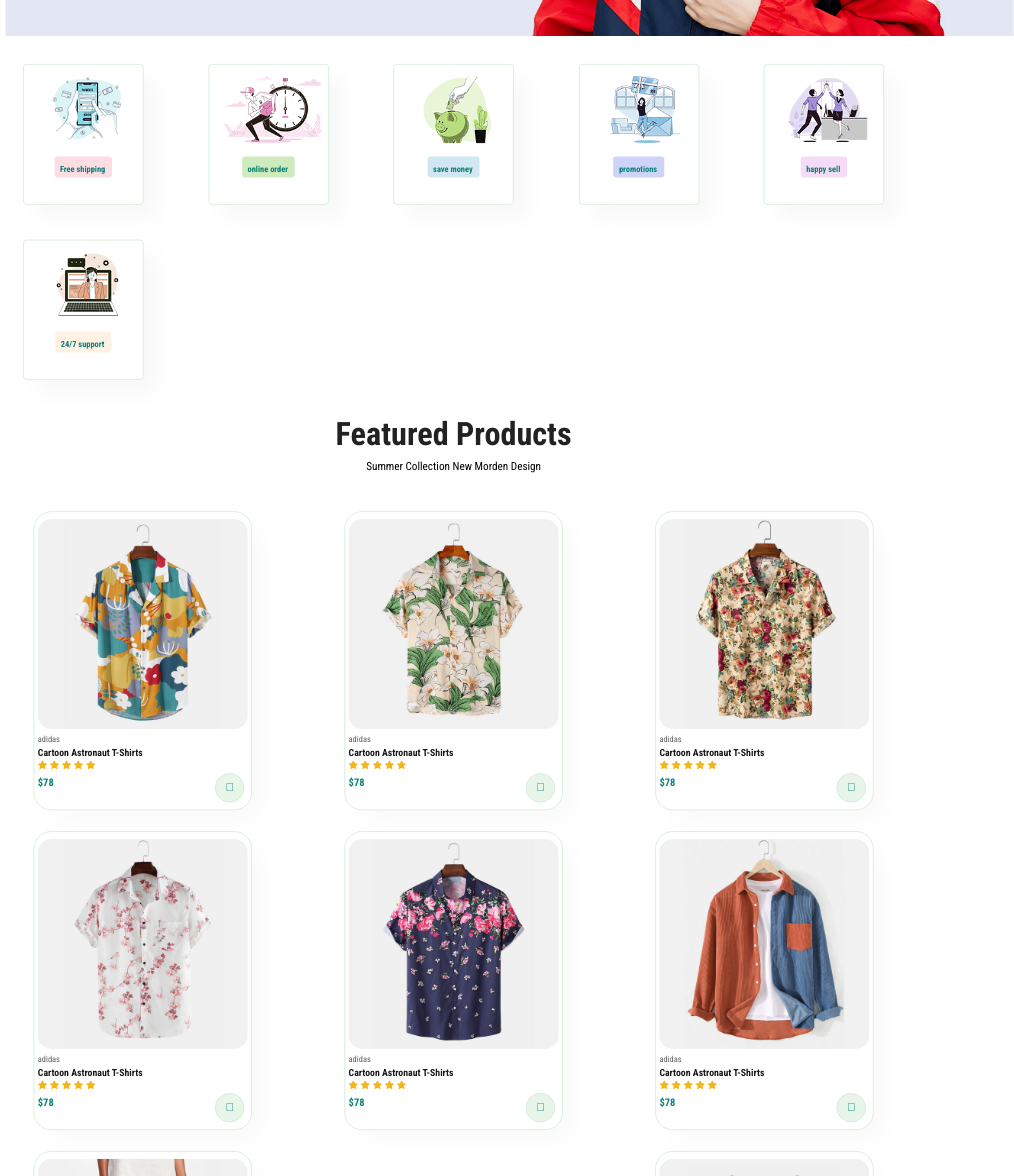
Repository: nhutduy-1905/web_coban
Page: src/index/index.html
The author's editor kept a copy of each file at every save. The page is drawn from the files as they stood at one save, then again after the next save.
The browser window is 1280 px wide. The page is 1448 px wide, so the pictures cover 1448 px, including what lies to the right of the window. The pictures show the part of the page from y = 689 to 2369 px (the page is 3777 px tall before and 3785 px after), at 70% of full size.

Above is the page before, as saved 2024-11-19 21:52:05.

### src/index/index.html
<!DOCTYPE html>
<html lang="en">
<!-- Khai báo định dạng tài liệu HTML và ngôn ngữ là tiếng Anh -->

<head>
    <meta charset="UTF-8">
    <!-- Thiết lập bộ ký tự của trang là UTF-8 -->
    <meta name="viewport" content="width=device-width, initial-scale=1.0">
    <!-- Điều chỉnh để trang hiển thị tốt trên mọi thiết bị, đặc biệt là thiết bị di động -->
    <link rel="stylesheet" href="../benefit/benefit.css">
    <link rel="stylesheet" href="../index/main.css">
    <link rel="stylesheet" href="../product/product.css">
    <link rel="stylesheet" href="../product/item.css">
    <link rel="preconnect" href="https://fonts.googleapis.com">
    <link rel="preconnect" href="https://fonts.gstatic.com" crossorigin>
     <!-- link sao -->
    <link rel="preconnect" href="https://fonts.googleapis.com">
<link rel="preconnect" href="https://fonts.gstatic.com" crossorigin>
<link href="https://fonts.googleapis.com/css2?family=Roboto+Condensed:ital,wght@0,100..900;1,100..900&family=Roboto:ital,wght@0,100;0,300;0,400;0,500;0,700;0,900;1,100;1,300;1,400;1,500;1,700;1,900&display=swap" rel="stylesheet">
     <link rel="stylesheet" href="product.css">
     <!-- link giỏ hàng -->
     <link rel="stylesheet" href="https://pro.fontawesome.com/releases/v5.15.4/css/all.css">
    <title>Super Value Deals</title>
    <!-- Tiêu đề của trang web hiển thị trên tab của trình duyệt -->
</head>

<body>

    <section id="header">
        <a href="#"><img src="../../images/logo.png" class="logo" alt="Logo"></a>
        <div>
            <div id="nvbar">
                <div class="active">Home</div>
                <div>Shop</div>
                <div>Blog</div>
                <div>About</div>
                <div>Contact</div>
                <div>
                    <img src = "../../shopping-bag.png" alt = "Logo" style="width: 25px";>
                </div>
            </div>
        </div>
    </section>
    <Section id ="hero">
        <h4>Trade-in-offer</h4>
        <h2>Super value deals</h2>
        <h1>On all Products</h1>
        <p>save more with coupons & up to 70% off!</p>
        <button>Shop now</button>
    </Section>


    <section id ="featured">
        <div class = "fe-box">
            <img  class = "magic-1"src = "../../images/features/f1.png" alt ="">
            <h6>Free shipping</h6>
        </div>
        <div class = "fe-box">
            <img src = "../../images/features/f2.png" alt ="">
            <h6>online order</h6>
        </div>
        <div class = "fe-box">
            <img src = "../../images/features/f3.png" alt ="">
            <h6>save money</h6>
        </div>
        <div class = "fe-box">
            <img src = "../../images/features/f4.png" alt ="">
            <h6>promotions</h6>
        </div>
        <div class = "fe-box">
            <img src = "../../images/features/f5.png" alt ="">
            <h6>happy sell</h6>
        </div>
        <div class = "fe-box">
            <img  class = "magic-2" src = "../../images/features/f6.png" alt ="">
            <h6>24/7 support</h6>
        </div>
    </section>

    <section id ="product1" class = "section-p1">
        <h2>Featured Products</h2>
        <p>Summer Collection New Morden Design</p>
        <div class ="pro-container">
            <div class ="pro">
                <img src ="../../images/products/f1.jpg" alt ="">
                <div class ="des">
                    <span>adidas</span>
                    <h5> Cartoon Astronaut T-Shirts</h5>
                    <div class ="star">
                        <i class="fas fa-star"></i>
                        <i class="fas fa-star"></i>
                        <i class="fas fa-star"></i>
                        <i class="fas fa-star"></i>
                        <i class="fas fa-star"></i>
                    </div>
                    <h4>$78</h4>
                </div>
                   <a href ="#"><i class="fal fa-shopping-cart cart"></i></a>
            </div>
            <div class ="pro">
                <img src ="../../images/products/f2.jpg" alt ="">
                <div class ="des">
                    <span>adidas</span>
                    <h5> Cartoon Astronaut T-Shirts</h5>
                    <div class ="star">
                        <i class="fas fa-star"></i>
                        <i class="fas fa-star"></i>
                        <i class="fas fa-star"></i>
                        <i class="fas fa-star"></i>
                        <i class="fas fa-star"></i>
                    </div>
                    <h4>$78</h4>
                </div>
                   <a href ="#"><i class="fal fa-shopping-cart cart"></i></a>
            </div>
            <div class ="pro">
                <img src ="../../images/products/f3.jpg" alt ="">
                <div class ="des">
                    <span>adidas</span>
                    <h5> Cartoon Astronaut T-Shirts</h5>
                    <div class ="star">
                        <i class="fas fa-star"></i>
                        <i class="fas fa-star"></i>
                        <i class="fas fa-star"></i>
                        <i class="fas fa-star"></i>
                        <i class="fas fa-star"></i>
                    </div>
                    <h4>$78</h4>
                </div>
                   <a href ="#"><i class="fal fa-shopping-cart cart"></i></a>
            </div>
            <div class ="pro">
                <img src ="../../images/products/f4.jpg" alt ="">
                <div class ="des">
                    <span>adidas</span>
                    <h5> Cartoon Astronaut T-Shirts</h5>
                    <div class ="star">
                        <i class="fas fa-star"></i>
                        <i class="fas fa-star"></i>
                        <i class="fas fa-star"></i>
                        <i class="fas fa-star"></i>
                        <i class="fas fa-star"></i>
                    </div>
                    <h4>$78</h4>
                </div>
                   <a href ="#"><i class="fal fa-shopping-cart cart"></i></a>
            </div>
            <div class ="pro">
                <img src ="../../images/products/f5.jpg" alt ="">
                <div class ="des">
                    <span>adidas</span>
                    <h5> Cartoon Astronaut T-Shirts</h5>
                    <div class ="star">
                        <i class="fas fa-star"></i>
                        <i class="fas fa-star"></i>
                        <i class="fas fa-star"></i>
                        <i class="fas fa-star"></i>
                        <i class="fas fa-star"></i>
                    </div>
                    <h4>$78</h4>
                </div>
                   <a href ="#"><i class="fal fa-shopping-cart cart"></i></a>
            </div>
            <div class ="pro">
                <img src ="../../images/products/f6.jpg" alt ="">
                <div class ="des">
                    <span>adidas</span>
                    <h5> Cartoon Astronaut T-Shirts</h5>
                    <div class ="star">
                        <i class="fas fa-star"></i>
                        <i class="fas fa-star"></i>
                        <i class="fas fa-star"></i>
                        <i class="fas fa-star"></i>
                        <i class="fas fa-star"></i>
                    </div>
                    <h4>$78</h4>
                </div>
                   <a href ="#"><i class="fal fa-shopping-cart cart"></i></a>
            </div>
            <div class ="pro">
                <img src ="../../images/products/f7.jpg" alt ="">
                <div class ="des">
                    <span>adidas</span>
                    <h5> Cartoon Astronaut T-Shirts</h5>
                    <div class ="star">
                        <i class="fas fa-star"></i>
                        <i class="fas fa-star"></i>
                        <i class="fas fa-star"></i>
                        <i class="fas fa-star"></i>
                        <i class="fas fa-star"></i>
                    </div>
                    <h4>$78</h4>
                </div>
                   <a href ="#"><i class="fal fa-shopping-cart cart"></i></a>
            </div>
            <div class ="pro">
                <img src ="../../images/products/f8.jpg" alt ="">
                <div class ="des">
                    <span>adidas</span>
                    <h5> Cartoon Astronaut T-Shirts</h5>
                    <div class ="star">
                        <i class="fas fa-star"></i>
                        <i class="fas fa-star"></i>
                        <i class="fas fa-star"></i>
                        <i class="fas fa-star"></i>
                        <i class="fas fa-star"></i>
                    </div>
                    <h4>$78</h4>
                </div>
                   <a href ="#"><i class="fal fa-shopping-cart cart"></i></a>
            </div>
        </div>

    </section>

    <section id = "banner3">
        <div class = "banner-box">
            <h2>SEASONAL SALE </h2>
            <h3>Winter Collection -50% OFF</h3>
        </div>
        <div class = "banner-box banner-box2">
            <h2>NEW FOOTWEAR COLLECTION </h2>
            <h3>Spring/Summer 2024</h3>
        </div>
        <div class = "banner-box banner-box3">
            <h2>T-SHIRTS</h2>
            <h3>New Trendy Prints</h3>
        </div>
     </section>
     <section id = "newsletter">
        <div class = "newtest">
            <h4>Sign Up For Newsletters</h4>
            <p>Get E-mail upadtes about us latest shop and <span>special offers.</span></p>
        </div>
        <div class = "form">
            <input type= "text" placeholder ="Your email address">
            <button class = "normal">Sign Up</button>
        </div>
     </section>

     <footer class ="section-p1">
        <div class = "col">
            <img  class = "logo" src = "../../images/logo.png" alt ="">
            <h4>Contact</h4>
            <p><strong><i>Address:</strong>Wellington Road,Street 32,San Fancisco</i></p>
            <p><strong><i>Phone: </strong>Wellington Road,Street 32,San Fancisco</i></p>
            <p><strong><i>Hours: </strong>10:00-18:00.Mon-Sat</i></p>
            <div class ="follow us">
                <h4>Follow us</h4>
                <div class = "icon">
                    <i class="fab fa-facebook-f"></i>
                    <i class="fab fa-twitter"></i>
                    <i class="fab fa-instagram"></i>
                    <i class="fab fa-pinterest-p"></i>
                    <i class="fab fa-youtube"></i>
                </div>
            </div>
        </div>

        <div class = "col">
            <h4>About</h4>
            <a href = "#">About us</a>
            <a href = "#">Delivery Information</a>
            <a href = "#">Privacy Policy</a>
            <a href = "#">Terms & Conditions</a>
            <a href = "#">Contact Us</a>
        </div>

        <div class = "col">
            <h4>My Account</h4>
            <a href = "#">Sign In</a>
            <a href = "#">View Cart</a>
            <a href = "#">My Wishlist</a>
            <a href = "#">Track My Order</a>
            <a href = "#">Help</a>
        </div>

        <div class = "col install">
            <h4 class = "col1">Install App</h4>
            <p class = "col2">From App store or Google Play</p>
            <div class ="row">
                <img src = "../../images/pay/app.jpg" alt ="">
                <img src = "../../images/pay/play.jpg" alt = "">
            </div>
            <p>Secured Payment Gateways</p>
            <img src = "../../images/pay/pay.png" alt ="">
        </div>
     </footer>

</body>
</html>

### src/benefit/benefit.css
#featured {
    display: flex;
     /* Tạo container flexbox để sắp xếp các phần tử con */
    align-items: center;
    /* Căn giữa các phần tử con theo chiều dọc (trục y) */
    justify-content: space-between;
    /* Phân phối các phần tử con cách đều nhau theo chiều ngang (trục x) */
    flex-wrap: wrap;
    /* Cho phép các phần tử con xuống dòng khi không đủ không gian */
 }

 #featured .fe-box {
    width: 140px;
    /* Đặt chiều rộng cho mỗi hộp là 120px */
    text-align: center;
    /* Căn giữa nội dung văn bản trong mỗi hộp */
     padding:   10px 15px;
     /* Khoảng đệm bên trong mỗi hộp (15px trên dưới, 10px trái phải) */
    box-shadow: 20px 20px 34px rgba(0, 0, 0, 0.03);
     /* Tạo bóng cho hộp với độ mờ nhẹ */
    border: 1px solid #cce7d0;
    /* Tạo viền màu xanh nhạt cho mỗi hộp */
    border-radius: 5px;
    /* Bo tròn góc của hộp với bán kính 4px */
     margin: 10px;
    /* Tạo khoảng cách ngoài cho mỗi hộp là 15px */
    margin-left:25px;
    margin-top: 40px;
    margin-right: 25px;

 }

 #featured .fe-box:hover {
    box-shadow: 10px 10px 54px rgba(70, 62, 221, 0.1);
    /* Tăng bóng khi di chuột qua hộp */
 }

 #featured .fe-box img {
    width: 100%;
    /* Đặt chiều rộng ảnh bằng 100% của hộp chứa */
    margin-bottom: 10px;
    /* Khoảng cách dưới của ảnh là 10px */
    padding: 5px 5px;
 }

 #featured .fe-box h6 {
   display: inline-block;
     /* Hiển thị tiêu đề h6 dưới dạng khối nội tuyến */
   padding: 12px 10px 6px 8px;
    /* Khoảng đệm bên trong tiêu đề h6 (trên 9px, phải 8px, dưới 6px, trái 8px) */
   line-height: 1;
    /* Chiều cao dòng là 1 */
   border-radius: 4px;
   /* Bo tròn góc của tiêu đề với bán kính 4px */
   color: #088178;
     /* Màu chữ xanh lá cây */
   background-color: #fddde4;
    /* Nền màu hồng nhạt cho tiêu đề */
    margin-top: 0px;

 }

 #featured .fe-box:nth-child(2) h6 {
   background-color: #cdebbc;
   /* Nền màu xanh nhạt cho hộp thứ hai */
 }

 #featured .fe-box:nth-child(3) h6 {
   background-color: #d1e8f2;
    /* Nền màu xanh nhạt cho hộp thứ ba */
 }

 #featured .fe-box:nth-child(4) h6 {
   background-color: #cdd4f8;
   /* Nền màu xanh dương nhạt cho hộp thứ tư */
 }

 #featured .fe-box:nth-child(5) h6 {
   background-color: #f6dbf6;
    /* Nền màu tím nhạt cho hộp thứ năm */
 }

 #featured .fe-box:nth-child(6) h6 {
   background-color: #fff2e5;
   /* Nền màu cam nhạt cho hộp thứ sáu */

 }

### src/index/main.css
h1 {
    font-size: 50px;
    line-height: 64px;
    color: #222;
    margin-bottom: 0;
    margin-top: 0;
}

h2 {
    font-size: 46px;
    line-height: 54px;
    color: #222;
    margin-top: 0;
    margin-bottom: 0;
}

h4 {
    font-size: 30px;
    margin-top: 10px;
    margin-bottom: 10px;
}

h6 {
    font-weight: 700;
    font-size: 12px;
}

p {
    font-size: 16px;

    margin: 15px 0  20px ;
    margin-top: 0px;
}

.section-p1 {
    padding: 40px 40px;
}

.section-m1 {
    margin: 40px 0;
}

body {
    width: 100%;
   font-family: "Roboto Condensed", sans-serif;
}

#header {
    display: flex;
    align-items: center;
    justify-content: space-between;
    padding: 20px 80px;
    background: #E3E6F3;
    box-shadow: 0 5px 15px rgba(0, 0, 0, 0.06);
    z-index: 999;
    position: sticky;
    top: 0;
    left: 0;
}

#nvbar {
    display: flex;
    align-items: center;
    justify-content: center;
}

#nvbar div {
    list-style: none;
    padding: 0 20px;
    text-decoration: none;
    font-size: 16px;
    font-weight: 600;
    color: #1a1a1a;
}

#nvbar div:hover {
    color: #088178;
}

#nvbar .active {
    color: #088178;
}

#nvbar .div .active::after {
    content: "";
    width: 30px;
    height: 2px;
    background-color: #088178;
    position: absolute;
    bottom: -4px;
    left: 20px;
}

#hero {
    background-image: url("../../images/hero4.png");
    height: 90vh;
    width: 100%;
    background-size: cover;
    background-position: top 25% right 0;
    padding: 0 80px;
    display: flex;
    flex-direction: column;
    align-items: flex-start;
    justify-content: center;

}


#hero h1 {
    color: #088178;
    margin-top:-7px;
    font-size: 47px;
}

#hero button {
    background-image: url("../../images/button.png");
    background-color: transparent;
    color: #088178;
    border: 0;
    padding: 14px 80px 14px 65px;
}
#hero h4
{
    color: #1a1a1a;

}

### src/product/product.css
#product1
{
   text-align: center; /* Căn giữa tất cả nội dung văn bản bên trong phần tử #product1 */
}

#product1 .pro-container
{
   display: flex; /* Sử dụng flexbox để bố trí các phần tử con */
   justify-content: space-between; /* Căn đều các phần tử con với khoảng cách đều nhau */
   padding-top: 20px; /* Tạo khoảng cách trên cùng cho phần tử */
   flex-wrap: wrap; /* Cho phép các phần tử con xuống hàng khi không đủ chỗ */
}

#product1 .pro
{
    width: 5%; /* Đặt chiều rộng của mỗi sản phẩm là 5% của khối chứa */
    min-width: 300px; /* Đảm bảo mỗi sản phẩm có chiều rộng tối thiểu là 250px */
    padding: 10px 5px; /* Tạo khoảng cách giữa nội dung bên trong phần tử và viền */
    border: 1px solid #cce7d0; /* Tạo viền mỏng màu #cce7d0 */
    border-radius: 25px; /* Làm tròn góc các viền với bán kính 25px */
    cursor: pointer; /* Thay đổi con trỏ thành hình tay khi di chuột lên */
    box-shadow: 20px 20px 30px rgba(0, 0, 0, 0.02); /* Tạo hiệu ứng đổ bóng nhạt cho phần tử */
    margin: 15px 0; /* Tạo khoảng cách trên và dưới của phần tử */
    transition: 0.2 ease; /* Tạo hiệu ứng chuyển động mượt khi có sự thay đổi */
    position: relative; /* Đặt phần tử ở vị trí tương đối để các phần tử con có thể định vị dựa vào nó */
}

#product1 .pro:hover
{
   box-shadow: 20px 20px 30px rgba(0, 0, 0, 0.06); /* Tăng cường đổ bóng khi người dùng hover chuột lên sản phẩm */
}

#product1 .pro img
{
    width: 100%; /* Hình ảnh chiếm toàn bộ chiều rộng của phần tử chứa */
    border-radius: 20px; /* Làm tròn góc các hình ảnh */
    margin-bottom: -10px;
}

#product1 .pro .des
{
   text-align: start; /* Căn trái văn bản trong mô tả */
   padding: 10px 0; /* Tạo khoảng cách trên và dưới cho phần mô tả */
}

#product1 .pro .des span
{
   color: #606063; /* Đặt màu chữ cho thẻ <span> */
   font-size: 12px; /* Đặt kích thước chữ là 12px */
}

#product1 .pro .des h5
{
   padding-top: 7px; /* Tạo khoảng cách trên cho tiêu đề h5 */
   color: #1a1a1a; /* Đặt màu chữ tối cho tiêu đề h5 */
   font-size: 14px; /* Đặt kích thước chữ là 14px */
   margin-top: -5px;
   margin-bottom: 0px;
   margin-left: 0px;
}

#product1 .pro .des i
{
    font-size: 12px; /* Đặt kích thước chữ cho các biểu tượng sao */
    color: rgb(243, 181, 25); /* Màu vàng cho các biểu tượng sao */
}

#product1 .pro .des h4
{
   padding-top: 7px; /* Tạo khoảng cách trên cho thẻ h4 */
   font-size: 15px; /* Đặt kích thước chữ là 15px */
   font-weight: 700; /* Đặt độ đậm của chữ là 700 (bold) */
   color:#088178; /* Đặt màu xanh lá cho giá sản phẩm */
   margin-top: 0px;
}

#product1 .pro .cart
{
  width: 40px; /* Đặt chiều rộng của biểu tượng giỏ hàng */
  height: 40px; /* Đặt chiều cao của biểu tượng giỏ hàng */
  line-height: 40px; /* Canh giữa biểu tượng giỏ hàng theo chiều dọc */
  border-radius: 50px; /* Làm tròn biểu tượng giỏ hàng thành hình tròn */
  background-color: #e8f6ea; /* Đặt màu nền xanh nhạt cho giỏ hàng */
  font-weight: 500; /* Đặt độ đậm của chữ trong giỏ hàng là 500 */
  color:#088178; /* Màu chữ xanh lá cho biểu tượng giỏ hàng */
  border: 1px solid #cce7d0; /* Tạo viền mỏng màu xanh nhạt cho giỏ hàng */
  position: absolute; /* Đặt biểu tượng giỏ hàng ở vị trí tuyệt đối trong phần tử cha */
  bottom:20px; /* Đặt biểu tượng cách đáy 20px */
  right: 10px; /* Đặt biểu tượng cách phải 10px */
  margin-bottom:-10px;
}
h2
{
   margin-bottom: 10px;
}

Loaded but not shown: src/product/item.css (198 lines, source omitted)

After the next save:
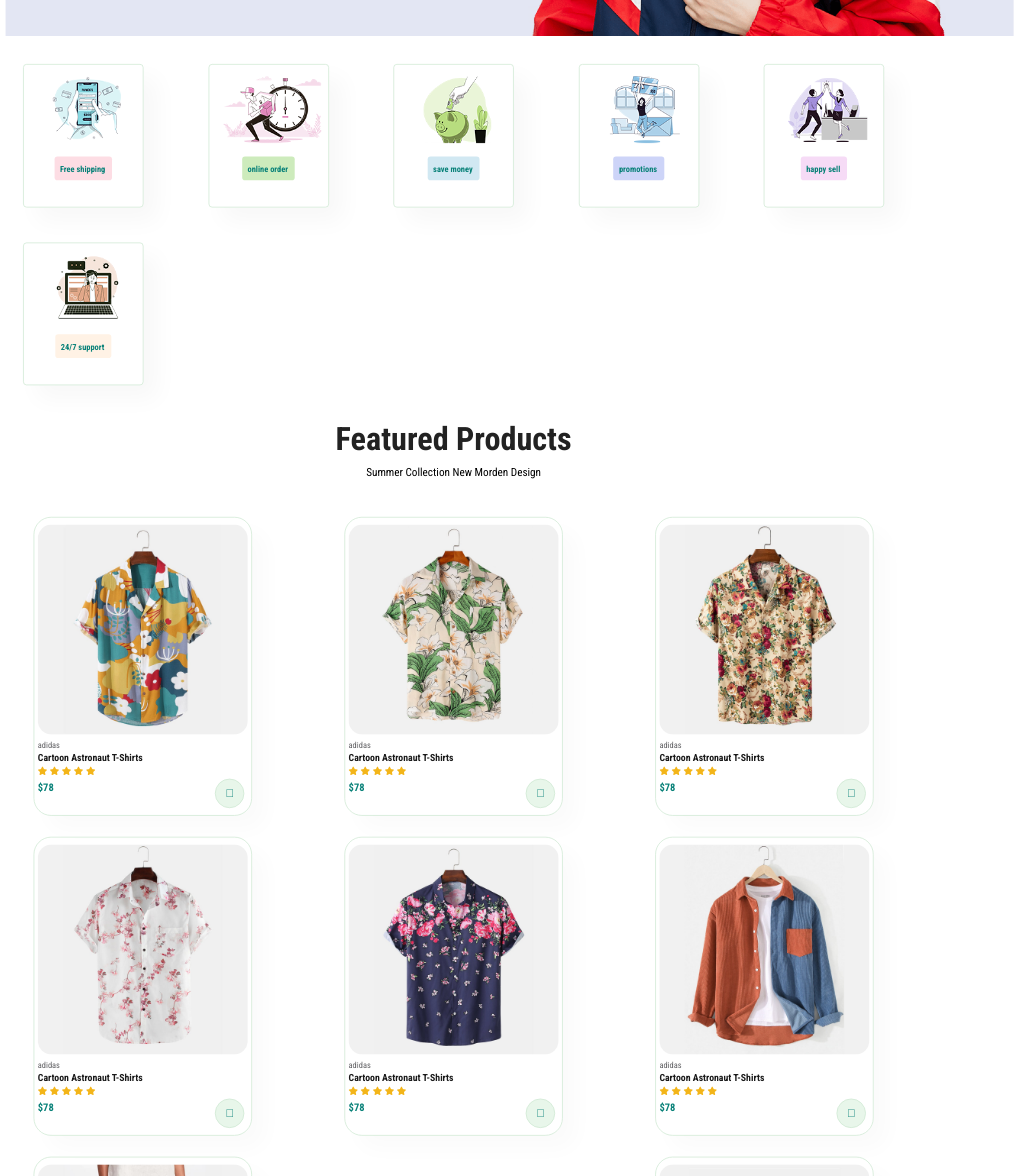
Saved 10 s later.
--- a/src/benefit/benefit.css
+++ b/src/benefit/benefit.css
@@ -46,7 +46,7 @@
  #featured .fe-box h6 {
    display: inline-block;
      /* Hiển thị tiêu đề h6 dưới dạng khối nội tuyến */
-   padding: 12px 10px 6px 8px;
+   padding: 12px 10px 10px 8px;
     /* Khoảng đệm bên trong tiêu đề h6 (trên 9px, phải 8px, dưới 6px, trái 8px) */
    line-height: 1;
     /* Chiều cao dòng là 1 */
